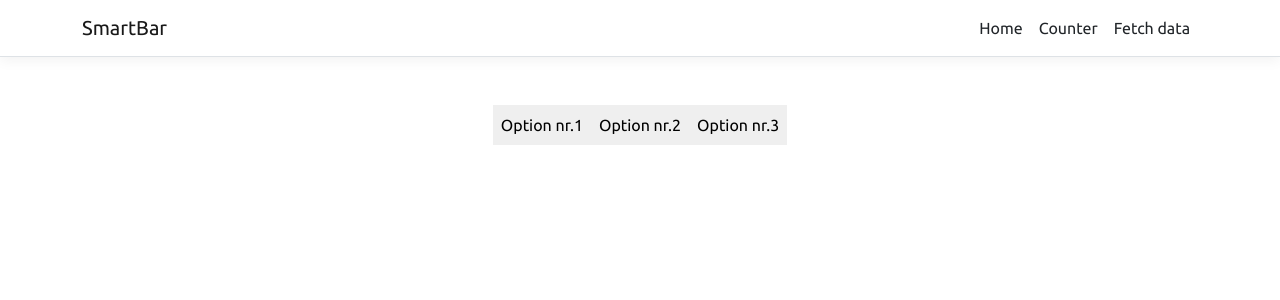
Repository: dropauteriai/SmartBarFrontEnd
Page: /
An editor plug-in stored every save of this project. The page is shown before and after the next save, followed by the edit.
The browser window is 1280 px wide. The pictures show the whole page.
The page's requests for data from a server got no answer. The project was rebuilt for these pictures with package versions that can differ from the ones it lists, and the page was loaded fresh each time. No one was signed in, and anything a server would have sent is missing. Also part of the build but not shown: src/components/Counter.js, src/components/FetchData.js, src/components/Card.js, src/components/SideBar.js.

Above is the page before, as saved 2023-02-14 05:47:37.

### public/index.html
<!DOCTYPE html>
<html lang="en">
  <head>
    <meta charset="utf-8" />
    <meta
      name="viewport"
      content="width=device-width, initial-scale=1, shrink-to-fit=no"
    />
    <meta name="theme-color" content="#000000" />
    <base href="%PUBLIC_URL%/" />
    <!--
      manifest.json provides metadata used when your web app is added to the
      homescreen on Android. See https://developers.google.com/web/fundamentals/engage-and-retain/web-app-manifest/
    -->
    <link rel="manifest" href="%PUBLIC_URL%/manifest.json" />
    <link rel="shortcut icon" href="%PUBLIC_URL%/favicon.ico" />
    <link
      href="https://fonts.googleapis.com/css2?family=Ubuntu:ital,wght@0,300;0,400;0,500;0,700;1,300;1,400;1,500;1,700&display=swap"
      rel="stylesheet"
    />

    <!--
      Notice the use of %PUBLIC_URL% in the tags above.
      It will be replaced with the URL of the `public` folder during the build.
      Only files inside the `public` folder can be referenced from the HTML.

      Unlike "/favicon.ico" or "favicon.ico", "%PUBLIC_URL%/favicon.ico" will
      work correctly both with client-side routing and a non-root public URL.
      Learn how to configure a non-root public URL by running `npm run build`.
    -->
    <link
      rel="stylesheet"
      href="https://cdnjs.cloudflare.com/ajax/libs/font-awesome/6.2.1/css/all.min.css"
      integrity="sha512-MV7K8+y+gLIBoVD59lQIYicR65iaqukzvf/nwasF0nqhPay5w/9lJmVM2hMDcnK1OnMGCdVK+iQrJ7lzPJQd1w=="
      crossorigin="anonymous"
      referrerpolicy="no-referrer"
    />
    <title>SmartBar</title>
  </head>
  <body>
    <noscript> You need to enable JavaScript to run this app. </noscript>
    <div id="root"></div>
    <!--
      This HTML file is a template.
      If you open it directly in the browser, you will see an empty page.

      You can add webfonts, meta tags, or analytics to this file.
      The build step will place the bundled scripts into the <body> tag.

      To begin the development, run `npm start` or `yarn start`.
      To create a production bundle, use `npm run build` or `yarn build`.
    -->
  </body>
</html>

### src/index.js
import 'bootstrap/dist/css/bootstrap.css';
import React from 'react';
import { createRoot } from 'react-dom/client';
import { BrowserRouter } from 'react-router-dom';
import App from './App';
//import * as serviceWorkerRegistration from './serviceWorkerRegistration';
import reportWebVitals from './reportWebVitals';

const baseUrl = document.getElementsByTagName('base')[0].getAttribute('href');
const rootElement = document.getElementById('root');
const root = createRoot(rootElement);

root.render(
  <BrowserRouter basename={baseUrl}>
    <App />
  </BrowserRouter>);

// If you want your app to work offline and load faster, you can change
// unregister() to register() below. Note this comes with some pitfalls.
// Learn more about service workers: https://cra.link/PWA
//serviceWorkerRegistration.unregister();

// If you want to start measuring performance in your app, pass a function
// to log results (for example: reportWebVitals(console.log))
// or send to an analytics endpoint. Learn more: https://bit.ly/CRA-vitals
reportWebVitals();

### src/App.js
import React, { Component } from 'react';
import { Route, Routes } from 'react-router-dom';
import AppRoutes from './AppRoutes';
import { Layout } from './components/Layout';
import './custom.css';
import './css/bootstrap.css';

export default class App extends Component {
  static displayName = App.name;

  render() {
    return (
      <Layout>
        <Routes>
          {AppRoutes.map((route, index) => {
            const { element, ...rest } = route;
            return <Route key={index} {...rest} element={element} />;
          })}
        </Routes>
      </Layout>
    );
  }
}

### src/custom.css
/* Provide sufficient contrast against white background */
* {
  font-family: "Ubuntu", sans-serif;
}

### src/components/Home.js
import React, { Component } from "react";
import { Container, Col } from "react-bootstrap";
import Card from "./Card.js";
import SideBar from "./SideBar.js";
import Row from "react-bootstrap/Row";
import Popup from "./Popup.js";

export class Home extends Component {
  static displayName = Home.name;

  constructor(props) {
    super(props);
    this.state = { tables: [], loading: true };
  }

  componentDidMount() {
    this.populateTableData();
  }

  static renderTableList(tables) {
    return (
      <Row xs={1} md={2}>
        {tables.map((table, index, tables) => {
          <Card name={table.name} id={table.id} />;
        })}
      </Row>
    );
  }
  render() {
    // let contents = this.state.loading ? (
    //   <p>
    //     <em>Loading...</em>
    //   </p>
    // ) : (
    //   (contents = this.renderTableList(this.state.tables))
    // );
    let contents;
    if (this.state.loading) {
      contents = (
        <p>
          <em>Loading...</em>
        </p>
      );
    } else {
      contents = Home.renderTableList(this.state.tables);
      console.log(contents);
    }

    return (
      <div className="row p-4">
        {this.state.tables.map((table, index) => (
          <Card name={table.name} />
        ))}
        <Popup/>
      </div>
    );
  }

  async populateTableData() {
    const response = await fetch("https://localhost:5001/Table");
    const data = await response.json();
    this.setState({ tables: data, loading: false });
  }
}

### src/components/NavMenu.js
import React, { Component } from 'react';
import { Collapse, Navbar, NavbarBrand, NavbarToggler, NavItem, NavLink } from 'reactstrap';
import { Link } from 'react-router-dom';
import './NavMenu.css';

export class NavMenu extends Component {
  static displayName = NavMenu.name;

  constructor (props) {
    super(props);

    this.toggleNavbar = this.toggleNavbar.bind(this);
    this.state = {
      collapsed: true
    };
  }

  toggleNavbar () {
    this.setState({
      collapsed: !this.state.collapsed
    });
  }

  render() {
    return (
      <header>
        <Navbar className="navbar-expand-sm navbar-toggleable-sm ng-white border-bottom box-shadow mb-3" container light>
          <NavbarBrand tag={Link} to="/">SmartBar</NavbarBrand>
          <NavbarToggler onClick={this.toggleNavbar} className="mr-2" />
          <Collapse className="d-sm-inline-flex flex-sm-row-reverse" isOpen={!this.state.collapsed} navbar>
            <ul className="navbar-nav flex-grow">
              <NavItem>
                <NavLink tag={Link} className="text-dark" to="/">Home</NavLink>
              </NavItem>
              <NavItem>
                <NavLink tag={Link} className="text-dark" to="/counter">Counter</NavLink>
              </NavItem>
              <NavItem>
                <NavLink tag={Link} className="text-dark" to="/fetch-data">Fetch data</NavLink>
              </NavItem>
            </ul>
          </Collapse>
        </Navbar>
      </header>
    );
  }
}

### src/components/Popup.js
import React from 'react';

export default function Popup () {
    return (
        <div className="d-inline-flex p-2 align-items-center justify-content-center bg-white">
            <button className="p-2 border-0 align-items-center justify-content-center">Option nr.1</button>
            <button className="p-2 border-0 align-items-center justify-content-center">Option nr.2</button>
            <button className="p-2 border-0 align-items-center justify-content-center">Option nr.3</button>
        </div>
    );
}

Loaded but not shown: src/reportWebVitals.js (common file); src/AppRoutes.js (common file); src/components/Layout.js (common file); src/css/bootstrap.css (library); src/components/NavMenu.css (common file)

After the next save:
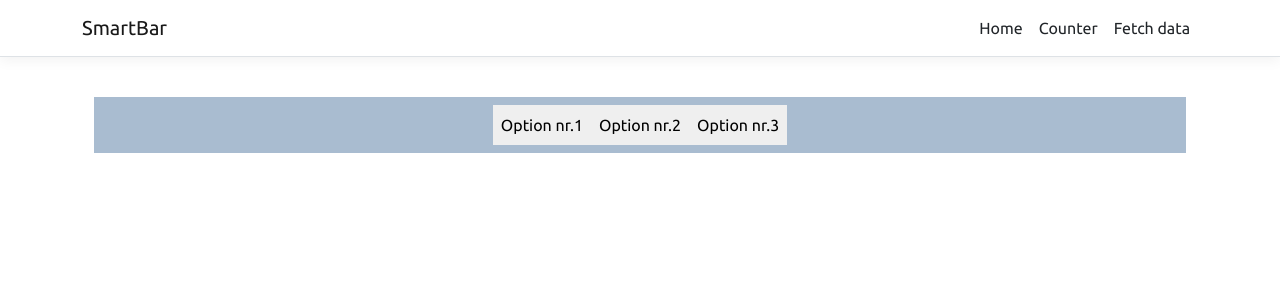
Saved 15 s later.
--- a/src/components/Popup.js
+++ b/src/components/Popup.js
@@ -2,7 +2,7 @@ import React from 'react';
 
 export default function Popup () {
     return (
-        <div className="d-inline-flex p-2 align-items-center justify-content-center bg-white">
+        <div className="d-inline-flex p-2 align-items-center justify-content-center bg-primary">
             <button className="p-2 border-0 align-items-center justify-content-center">Option nr.1</button>
             <button className="p-2 border-0 align-items-center justify-content-center">Option nr.2</button>
             <button className="p-2 border-0 align-items-center justify-content-center">Option nr.3</button>
